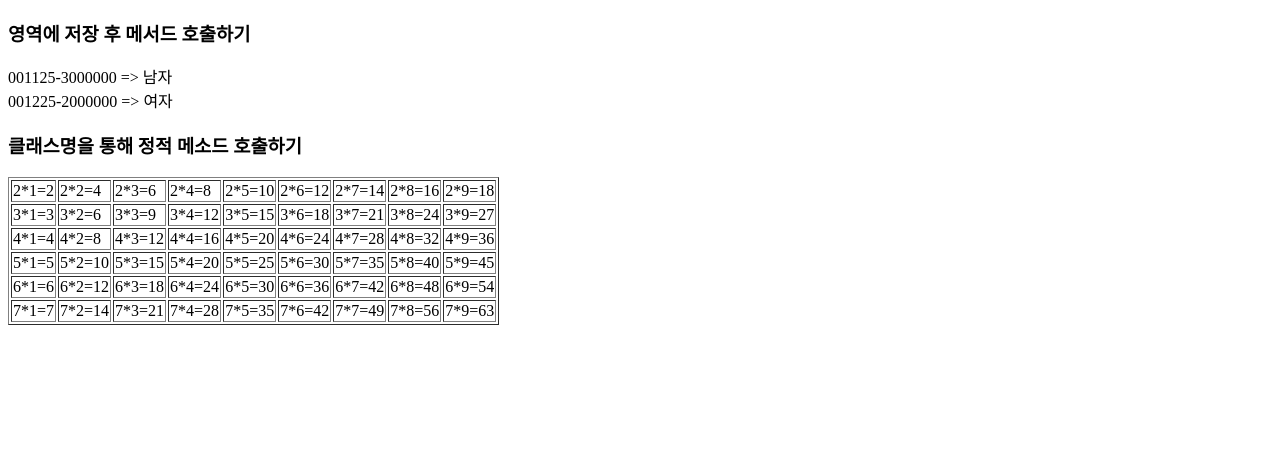
Repository: SteelIndustry/neo
Page: http://localhost/HelloWorld/10EL/ELCallMethod.jsp
An editor plug-in stored every save of this project. The page is shown before and after the next save, followed by the edit.
The browser window is 1280 px wide. The pictures show the whole page.
The page is served by Tomcat 9. Other server files are loaded and not shown.

Above is the page before, as saved 2022-09-08 06:08:38.

### WebJSP/HelloWorld/WebContent/10EL/ELCallMethod.jsp
<%@page import="el.MyELClass"%>
<%@ page language="java" contentType="text/html; charset=UTF-8"
    pageEncoding="UTF-8"
    trimDirectiveWhitespaces="true"%>
<%@ taglib prefix="mytag" uri="/WEB-INF/MyTagLib.tld" %>
<%
MyELClass myClass = new MyELClass();
pageContext.setAttribute("myClass", myClass);
%>
<!DOCTYPE html>
<html>
<head>
<meta charset="UTF-8">
<title>표현 언어(EL) - 메서드 호출</title>
</head>
<body>
	<h3>영역에 저장 후 메서드 호출하기</h3>
	001125-3000000 => ${ myClass.getGender("001225-3000000") } <br />
	001225-2000000 => ${ myClass.getGender("001225-2000000") }

	<h3>클래스명을 통해 정적 메소드 호출하기</h3>
	${ MyELClass.showGugudan(7) }

	<%--
	<h3>TLD 파일 등록 후 정적 메소드 호출하기</h3>
	<ul>
		<li>mytag:isNumber("100") => ${ mytag:isNumber("100") }</li>
		<li>mytag:isNumber("이백") => 4{ mytag:isNumber("이백") }</li>
	</ul>
	 --%>
</body>
</html>

### WebJSP/HelloWorld/src/el/MyELClass.java
package el;

public class MyELClass {

	public String getGender(String jumin) {
		String returnStr = "";
		int  beginIdx = jumin.indexOf("-") + 1;
		String genderStr = jumin.substring(beginIdx, beginIdx+1);
		int genderInt = Integer.parseInt(genderStr);

		if (genderInt == 1 || genderInt == 3)
			returnStr ="남자";
		else if (genderInt == 2 || genderInt == 4)
			returnStr = "여자";
		else
			returnStr ="주민번호 오류입니다.";

		return returnStr;
	}

	// 입력받은 문자열이 숫자인지 판별해줍니다.
	public static boolean isNumber(String value) {
		char[] chArr = value.toCharArray();
		for (int i=0; i<chArr.length; i++)
		{
			if(!(chArr[i]>= '0' && chArr[i] <= '9'))
			{
				return false;
			}
		}
		return true;
	}

	// 입력받은 정수까지의 구구단을 HTML 테이블로 출력
	public static String showGugudan(int limitDan) {
		StringBuffer sb = new StringBuffer();

		sb.append("<table border='1'>");
		for (int i=2; i<=limitDan; i++)
		{
			sb.append("<tr>");
			for(int j=1; j<=9; j++)
			{
				sb.append("<td>" + i + "*" + j + "=" + (i * j) + "</td>");
			}
			sb.append("</tr>");
		}
		sb.append("</table>");
		return sb.toString();
	}
}

After the next save:
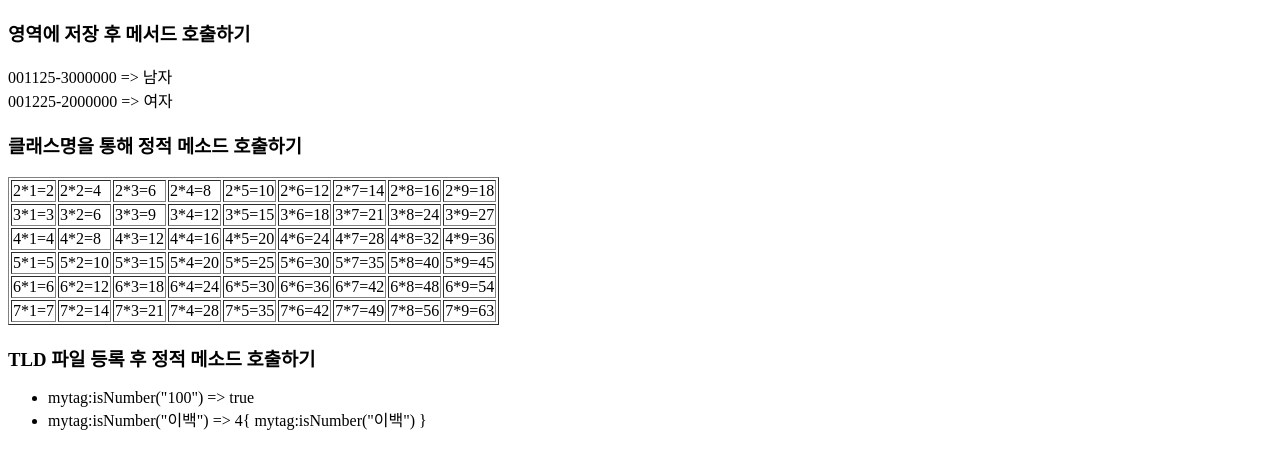
Saved 12 s later.
--- a/WebJSP/HelloWorld/WebContent/10EL/ELCallMethod.jsp
+++ b/WebJSP/HelloWorld/WebContent/10EL/ELCallMethod.jsp
@@ -21,12 +21,10 @@ pageContext.setAttribute("myClass", myClass);
 	<h3>클래스명을 통해 정적 메소드 호출하기</h3>
 	${ MyELClass.showGugudan(7) }
 
-	<%--
 	<h3>TLD 파일 등록 후 정적 메소드 호출하기</h3>
 	<ul>
 		<li>mytag:isNumber("100") => ${ mytag:isNumber("100") }</li>
 		<li>mytag:isNumber("이백") => 4{ mytag:isNumber("이백") }</li>
 	</ul>
-	 --%>
 </body>
 </html>
